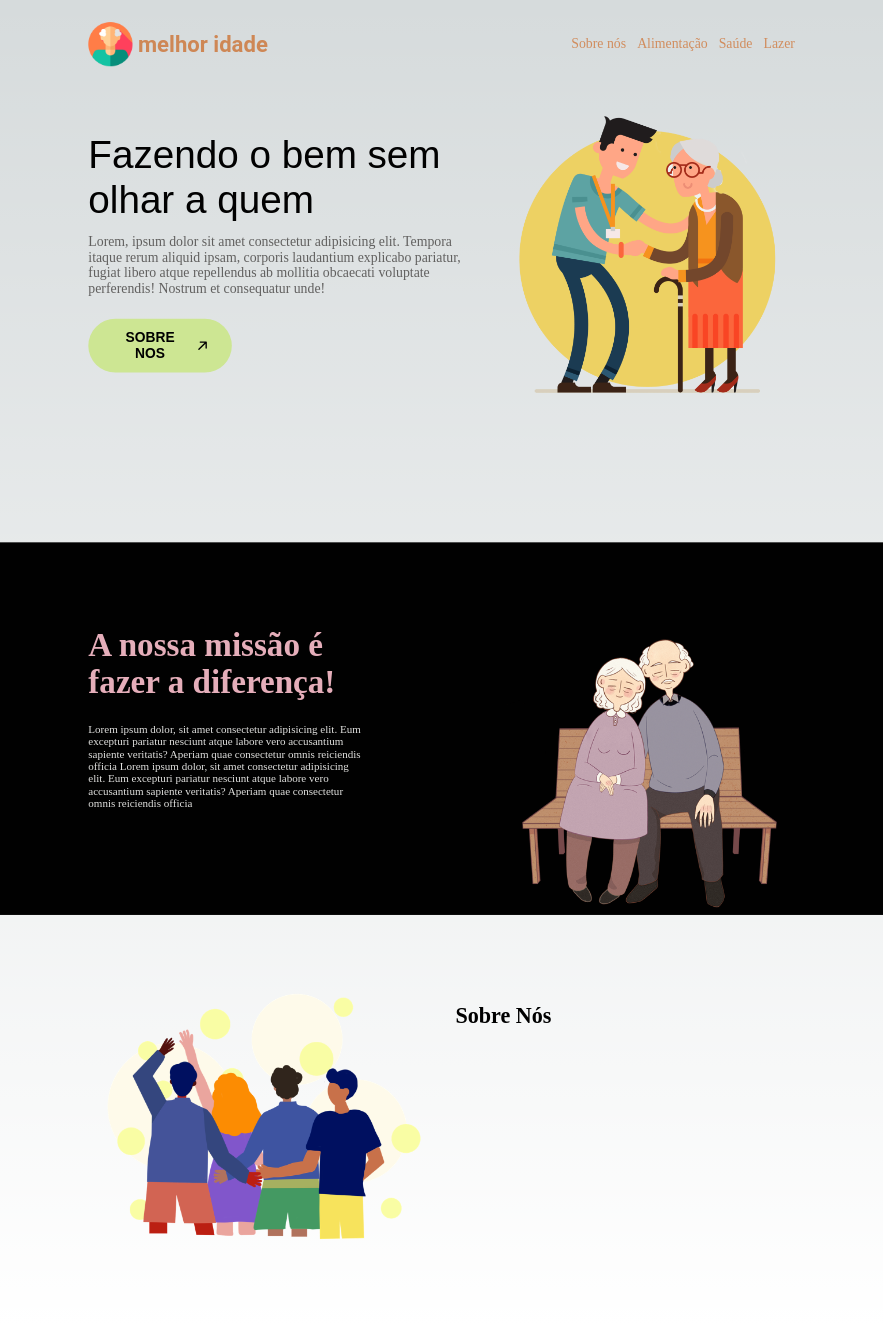
Repository: Giopol12/melhor-idade-online
Page: /home
The author's editor kept a copy of each file at every save. The page is drawn from the files as they stood at one save, then again after the next save.
The browser window is 1280 px wide. The pictures show the whole page, at 69% of full size.
The project was rebuilt for these pictures with package versions that can differ from the ones it lists, and the page was loaded fresh each time. The framework's server and built-in components were replaced by stand-ins that run in the browser. Also part of the build but not shown: next.config.js.

Above is the page before, as saved 2023-11-21 11:10:37.

### src/pages/home/index.tsx
import { Header } from '@/components/Header'
import { Container } from './styles'
import { HomeMain } from './HomeMain'

import { OurMission } from '@/components/OurMission'
import { AboutUs } from '@/components/AboutUs'
export default function Home() {
  return (
    <Container>
      <Header />
      <HomeMain />
      <OurMission />
      <AboutUs />
    </Container>
  )
}

### src/components/Header/index.tsx
import Image from 'next/image'
import { HeaderContainer, LogoContainer, NavContainer } from './styles'

import logo2 from '../../../assets/logo2.png'
import Link from 'next/link'

export function Header() {
  return (
    <HeaderContainer>
      <LogoContainer href="/">
        <Image src={logo2} width={64} alt="logo" quality={100} />
        <strong>melhor idade</strong>
      </LogoContainer>

      <NavContainer>
        <Link href={'/nutrition'}>Sobre nós</Link>
        <Link href="/">Alimentação</Link>
        <Link href="/">Saúde</Link>
        <Link href="/">Lazer</Link>
      </NavContainer>
    </HeaderContainer>
  )
}

### src/pages/home/styles.ts
import { styled } from '@/styles'

export const Container = styled('div', {
  maxWidth: '1440px',
  margin: '0 auto',
})

### src/pages/home/HomeMain/index.tsx
import Image from 'next/image'
import { ContentContainer, HomeMainContainer } from './styles'

import mainImg from '../../../../assets/main-image.png'
import { ArrowUpRight } from '@phosphor-icons/react'

export function HomeMain() {
  return (
    <HomeMainContainer>
      <ContentContainer>
        <h1>Fazendo o bem sem olhar a quem</h1>
        <p>
          Lorem, ipsum dolor sit amet consectetur adipisicing elit. Tempora
          itaque rerum aliquid ipsam, corporis laudantium explicabo pariatur,
          fugiat libero atque repellendus ab mollitia obcaecati voluptate
          perferendis! Nostrum et consequatur unde!
        </p>
        <button>
          <span>SOBRE NOS</span>
          <ArrowUpRight size={22} weight="bold" />
        </button>
      </ContentContainer>
      <Image src={mainImg} width={450} alt="" />
    </HomeMainContainer>
  )
}

### src/components/OurMission/index.tsx
import {
  OurMissionContainer,
  OurMissionContentContainer,
  OurMissionTitleAndDescriptionContainer,
} from './styles'
import Image from 'next/image'
import img from '@/../assets/our-mission-img.png'

export function OurMission() {
  return (
    <OurMissionContainer>
      <OurMissionContentContainer>
        <OurMissionTitleAndDescriptionContainer>
          <h1>A nossa missão é fazer a diferença!</h1>
          <p>
            Lorem ipsum dolor, sit amet consectetur adipisicing elit. Eum
            excepturi pariatur nesciunt atque labore vero accusantium sapiente
            veritatis? Aperiam quae consectetur omnis reiciendis officia Lorem
            ipsum dolor, sit amet consectetur adipisicing elit. Eum excepturi
            pariatur nesciunt atque labore vero accusantium sapiente veritatis?
            Aperiam quae consectetur omnis reiciendis officia
          </p>
        </OurMissionTitleAndDescriptionContainer>
        <Image src={img} height={420} quality={100} alt="" />
      </OurMissionContentContainer>
    </OurMissionContainer>
  )
}

### src/components/AboutUs/index.tsx
import { AboutUsContainer, AboutUsContentContainer } from './styles'

import Image from 'next/image'
import youngPeople from '@/../assets/young-people.png'
export function AboutUs() {
  return (
    <AboutUsContainer>
      <Image src={youngPeople} width={500} alt="" />
      <AboutUsContentContainer>
        <h1>Sobre Nós</h1>
      </AboutUsContentContainer>
    </AboutUsContainer>
  )
}

### src/components/Header/styles.ts
import { styled } from '@/styles'
import Link from 'next/link'

export const HeaderContainer = styled('header', {
  maxWidth: 1024,
  margin: '2rem auto',
  display: 'flex',
  justifyContent: 'space-between',
  alignItems: 'center',
})
export const LogoContainer = styled(Link, {
  fontFamily: 'Roboto, sans-serif',
  display: 'flex',
  alignItems: 'center',
  gap: '0.5rem',
  fontWeight: 900,
  fontSize: '2rem',
  textDecoration: 'none',
  color: '$beije500',
})
export const NavContainer = styled('div', {
  display: 'flex',
  gap: '1rem',
  a: {
    textDecoration: 'none',
    color: '$beije400',
    fontSize: '$lg',
    borderBottom: '3px solid transparent',
    '&:hover': {
      borderBottom: '3px solid $beije500',
    },
  },
})

### src/styles/index.ts
import { createStitches } from '@stitches/react'
export const {
  config,
  createTheme,
  css,
  getCssText,
  globalCss,
  keyframes,
  prefix,
  reset,
  styled,
  theme,
} = createStitches({
  theme: {
    colors: {
      white: '#FFF',

      beije100: '#FFFBF4',
      beije400: '#D18D5E',
      beije500: '#CE8755',
      gray500: '#61605F',
      gray700: '#21201F',
      gray900: '#010101',
      green100: '#CDE693',
    },

    fontSizes: {
      md: '1.125rem',
      lg: '1.25rem',
      xl: '1.5rem',
      '2xl': '2rem',
    },
  },
})

### src/pages/home/HomeMain/styles.ts
import { styled } from '@/styles'

export const HomeMainContainer = styled('main', {
  maxWidth: 1024,
  margin: '3rem auto',
  display: 'flex',
  justifyContent: 'space-between',
})
export const ContentContainer = styled('div', {
  marginTop: '3rem',
  display: 'flex',
  flexDirection: 'column',

  flex: 1,
  gap: '1rem',
  paddingRight: '1.5rem',
  h1: {
    fontSize: '3.5rem',
    color: '$gray900',
    fontFamily: 'Lobster, sans-serif;',
    fontWeight: '400',
  },
  p: {
    fontSize: '$lg',
    color: '$gray500',
  },
  button: {
    marginTop: '1rem',
    display: 'flex',
    justifyContent: 'center',
    gap: '0.5rem',
    alignItems: 'center',
    boxSizing: 'initial',
    fontWeight: 'bold',
    width: '9rem',
    fontSize: '$lg',
    background: '$green100',
    border: 0,
    borderRadius: '9999px',
    padding: '1rem 2rem',
    '&:hover': {
      filter: 'brightness(0.8)',
      cursor: 'pointer',
    },
  },
})

### src/components/OurMission/styles.ts
import { styled } from '@/styles'

export const OurMissionContainer = styled('div', {
  margin: '12rem auto 0',
  background: '$gray900',
})
export const OurMissionContentContainer = styled('div', {
  maxWidth: 1024,
  paddingTop: '7.5rem',
  margin: '0 auto',

  display: 'flex',
  justifyContent: 'space-between',
})
export const OurMissionTitleAndDescriptionContainer = styled('div', {
  display: 'flex',
  flexDirection: 'column',
  gap: '2rem',
  maxWidth: '25rem',
  h1: {
    color: '#E5AEBA',
    fontSize: '3rem',
  },
  p: {
    color: '#E1E1DF',
  },
})

### src/components/AboutUs/styles.ts
import { styled } from '@/styles'

export const AboutUsContainer = styled('div', {
  maxWidth: 1024,
  margin: '3rem auto',
  display: 'flex',
  gap: '2rem',
  justifyContent: 'space-between',
})
export const AboutUsContentContainer = styled('div', {
  flex: 1,
  marginTop: '5rem',
})

Loaded but not shown: src/pages/_app.tsx (common file); src/pages/_document.tsx (common file); src/styles/globals.css (common file)

After the next save:
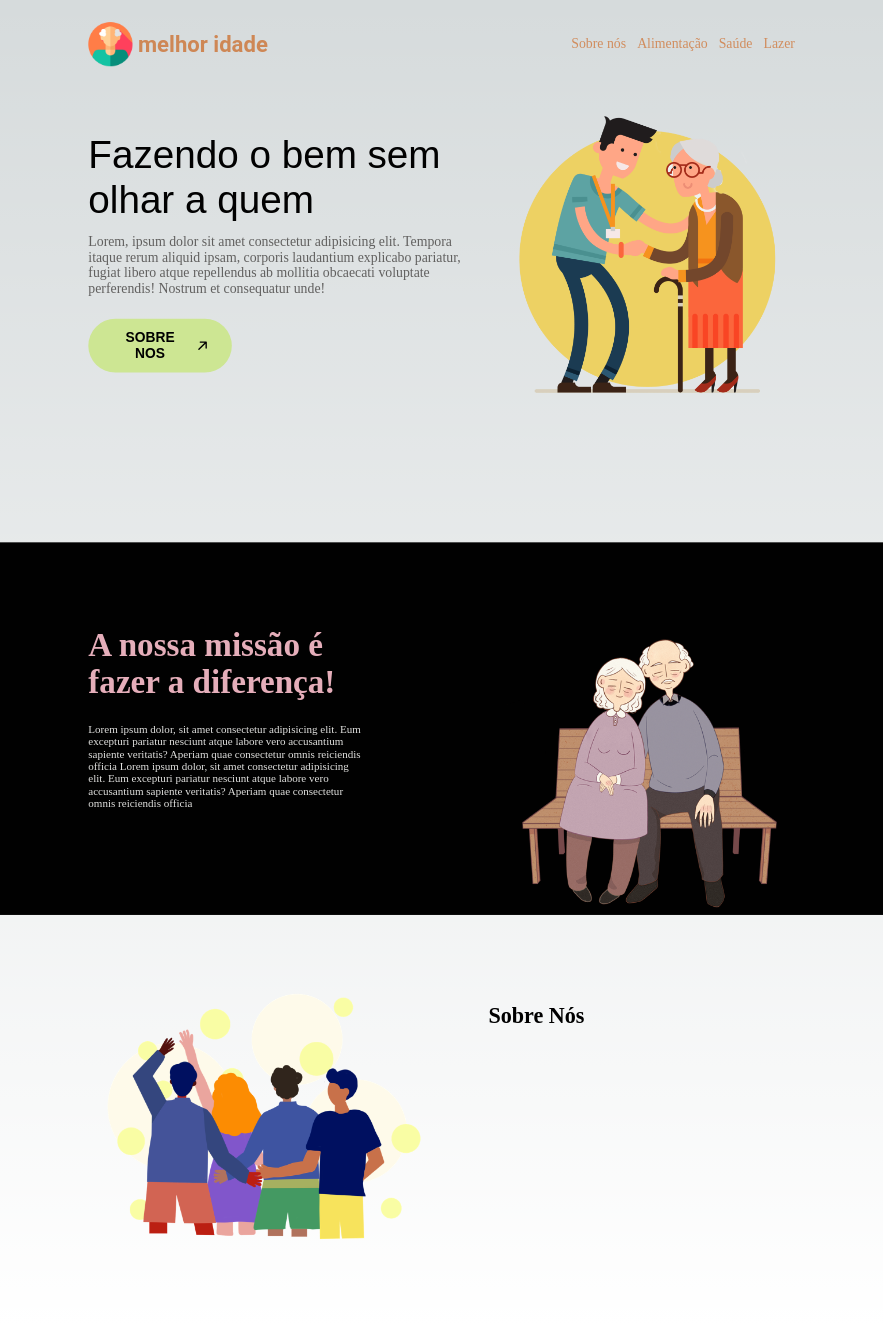
Saved 8 s later.
--- a/src/components/AboutUs/styles.ts
+++ b/src/components/AboutUs/styles.ts
@@ -4,7 +4,7 @@
   maxWidth: 1024,
   margin: '3rem auto',
   display: 'flex',
-  gap: '2rem',
+  gap: '5rem',
   justifyContent: 'space-between',
 })
 export const AboutUsContentContainer = styled('div', {

After the save that followed:
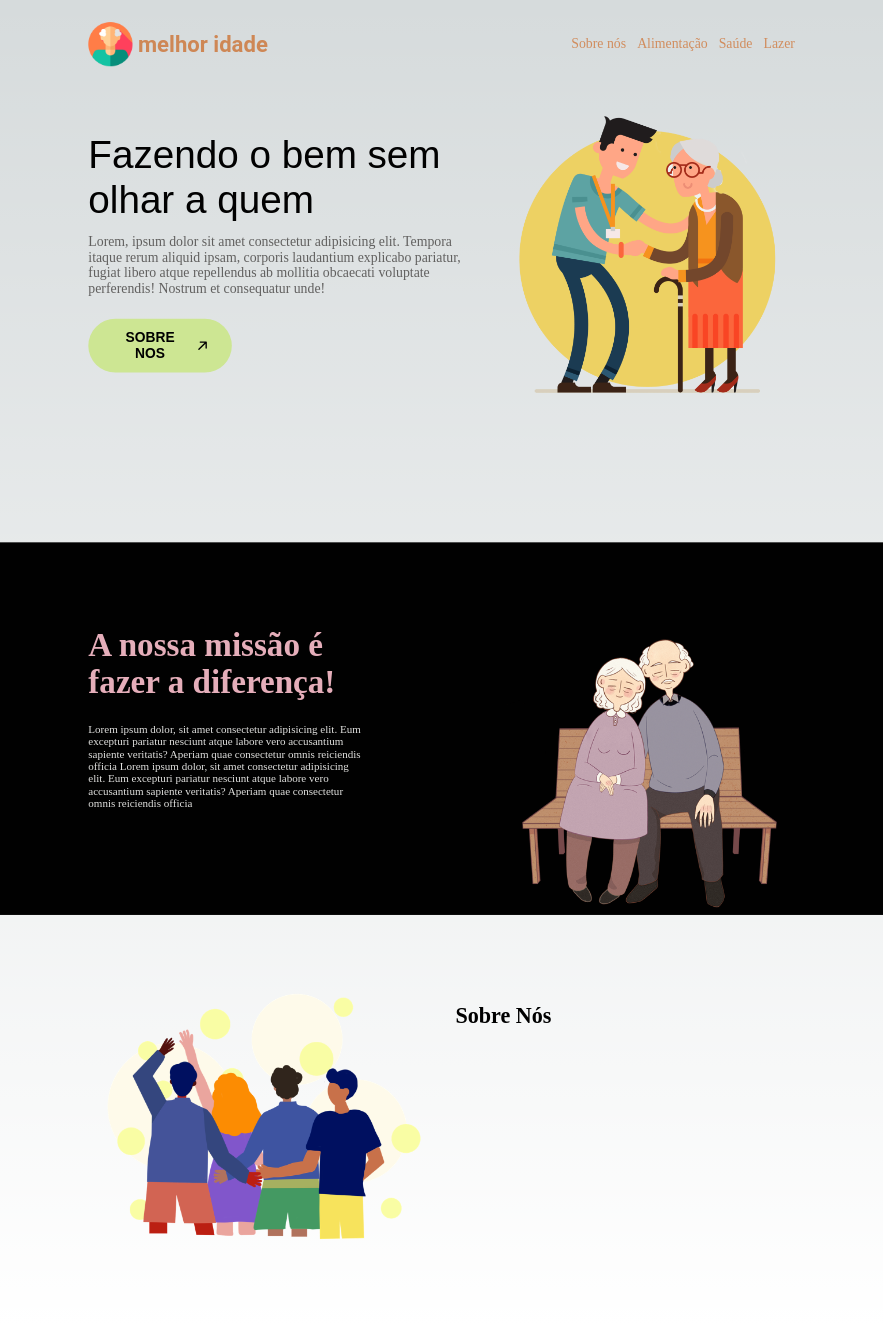
Saved 11 s later.
--- a/src/components/AboutUs/styles.ts
+++ b/src/components/AboutUs/styles.ts
@@ -4,7 +4,7 @@
   maxWidth: 1024,
   margin: '3rem auto',
   display: 'flex',
-  gap: '5rem',
+  gap: '2rem',
   justifyContent: 'space-between',
 })
 export const AboutUsContentContainer = styled('div', {
